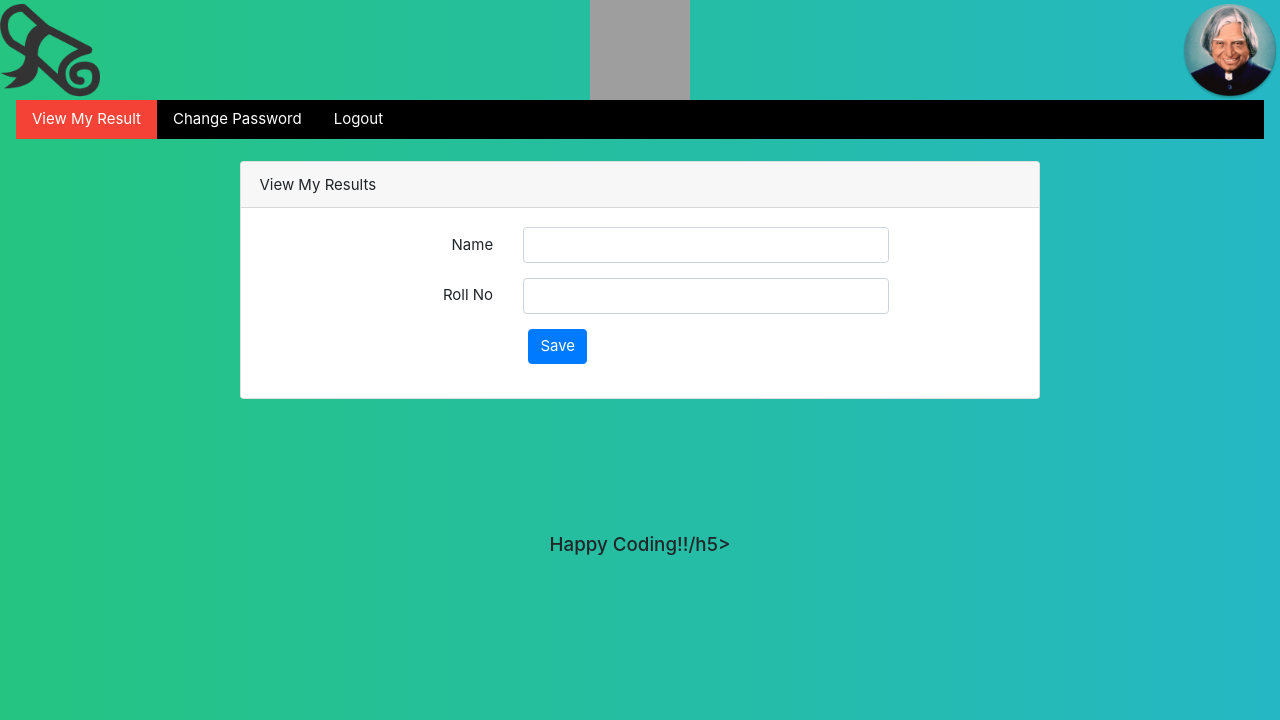
Repository: AlkaDas991/Dbms
Page: http://localhost/Student_Record_Management/studentHome.jsp
An editor plug-in stored every save of this project. The page is shown before and after the next save, followed by the edit.
The browser window is 1280 px wide. The pictures show the whole page.
Pictures or frames that could not be fetched are drawn as grey boxes. Some web fonts or font styles are not loaded; a fallback is used. Some web libraries are served in a nearby version. The page is served by Tomcat 9.

Above is the page before, as saved 2021-03-12 18:56:06.
Console error: TypeError: Cannot read properties of undefined (reading 'fn')

After the next save:
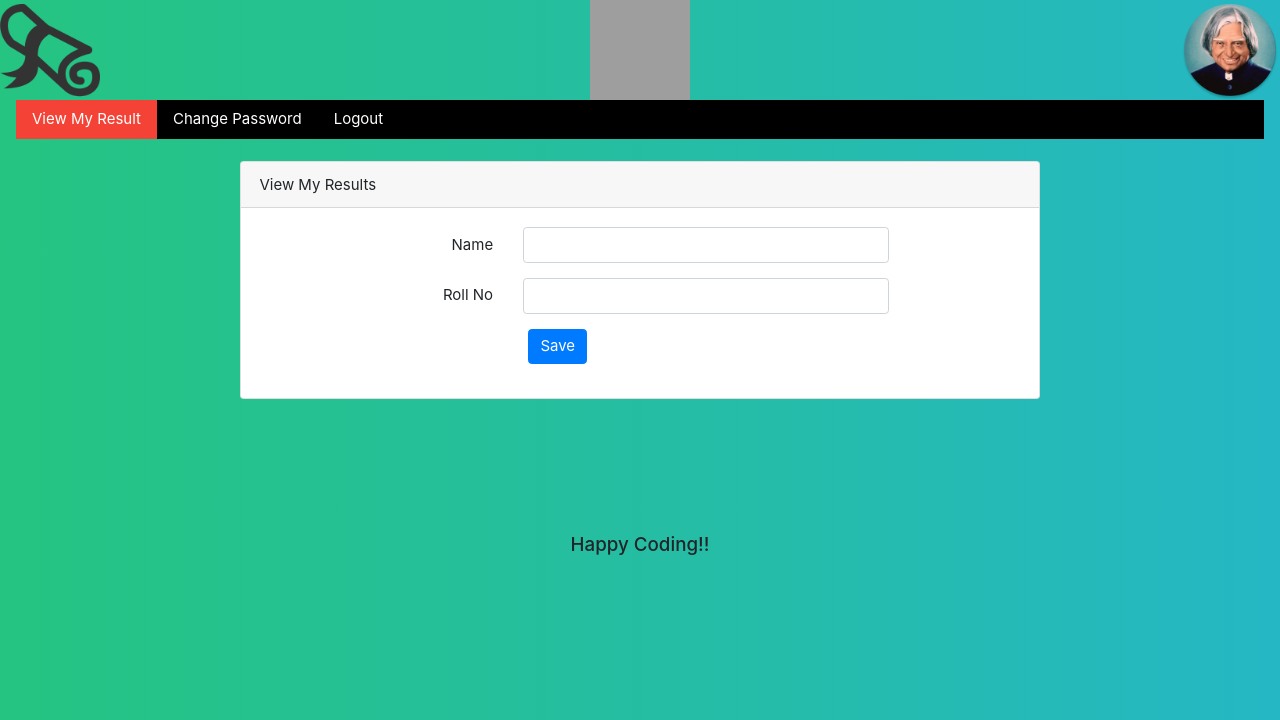
Saved 6 s later.
--- a/Student Record Management/WebContent/studentHome.jsp
+++ b/Student Record Management/WebContent/studentHome.jsp
@@ -160,7 +160,7 @@
 <br><br><br><br><br><br>
 
 
-<center><h5>Happy Coding!!/h5></center>
+<center><h5>Happy Coding!!</h5></center>
 
 </body>
 </html>
